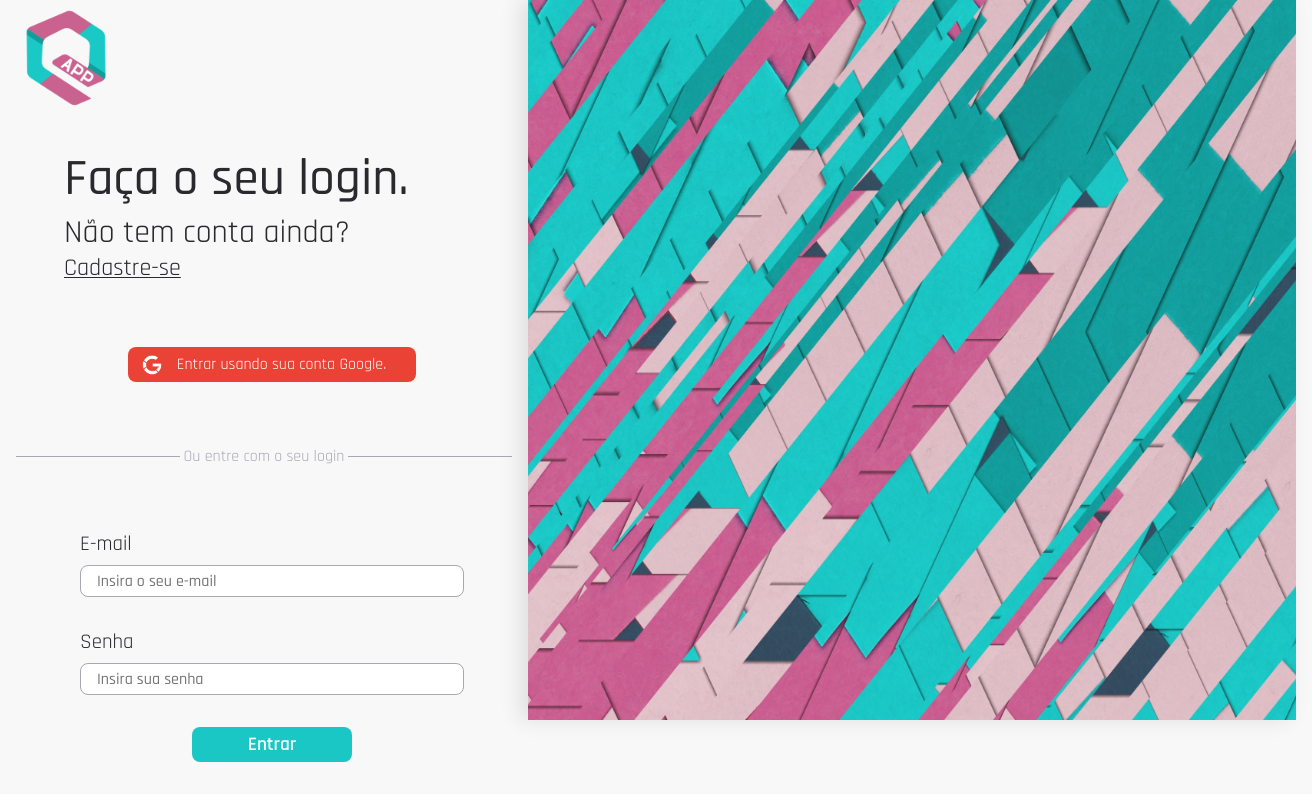
Repository: kika-cavalher/qapp-web
Page: /
These files come from the project's save history. The page is drawn as it stood at one moment and after the next save; the edit follows.
The browser window is 1280 px wide. The page is 1312 px wide, then 1280 px, so the pictures cover 1312 px, including what lies to the right of the window. The pictures show the whole page.
The page's requests for data from a server got no answer. The project was rebuilt for these pictures with package versions that can differ from the ones it lists, and the page was loaded fresh each time. No one was signed in, and anything a server would have sent is missing.

Above is the page before, as saved 2022-02-23 20:47:51.

### public/index.html
<!DOCTYPE html>
<html lang="en">
  <head>
    <meta charset="utf-8" />
    <meta name="viewport" content="width=device-width, initial-scale=1" />

    <link rel="preconnect" href="https://fonts.googleapis.com">
    <link rel="preconnect" href="https://fonts.gstatic.com" crossorigin>
    <link href="https://fonts.googleapis.com/css2?family=Rajdhani:wght@300;400;500;600;700&display=swap" rel="stylesheet">

    <title>QApp</title>
  </head>
  <body>
    <noscript>You need to enable JavaScript to run this app.</noscript>
    <div id="root"></div>
  </body>
</html>

### src/index.tsx
import React from 'react';
import ReactDOM from 'react-dom';
import App from './App';

import './styles/global/defaultStyles.scss';
import './services/firebase'


ReactDOM.render(
  <React.StrictMode>
    <App />
  </React.StrictMode>,
  document.getElementById('root')
);

### src/App.tsx
import { LoginPage } from "./pages/Login";

function App() {
  return (
   <LoginPage />
  );
}

export default App;

### src/styles/global/defaultStyles.scss
* {
    margin: 0;
    padding: 0;
    box-sizing: border-box;
  }

  body {
    background: #f8f8f8;
    color: #29292e;
  }

  body, input, button, textarea {
    font: 400 16px 'Rajdhani', sans-serif;
  }

### src/services/firebase.ts
import { initializeApp } from "firebase/app";
import { getAuth } from "firebase/auth";
import { getFirestore } from 'firebase/firestore/lite';


const firebaseConfig = {
    apiKey: process.env.REACT_APP_API_KEY,
    authDomain: process.env.REACT_APP_AUTH_DOMAIN,
    databaseURL: process.env.REACT_APP_DATABASE_URL,
    projectId: process.env.REACT_APP_PROJECT_ID,
    storageBucket: process.env.REACT_APP_STORAGE_BUCKET,
    messagingSenderId: process.env.REACT_APP_MESSAGING_SENDER_ID,
    appId: process.env.REACT_APP_APP_ID
  };

const app = initializeApp(firebaseConfig);

export const auth = getAuth();
export const db = getFirestore(app);

### src/pages/Login.tsx
// import { Link } from 'react-router-dom'

import imgLogin from '../assets/images/imgLogin.jpg';
import logoQapp from '../assets/images/logoQapp.png';
import googleIconImg from '../assets/icon/googleIconImg.png';

import '../styles/pages/login.scss'

export function LoginPage() {
    return (
        <div id="page-login">
            <main>
                <div className='page-login--main__container'>
                    <div className='page-login--main__logo'>
                        <img id="img-logo" src={logoQapp} alt="Logo da empresa QApp" />
                    </div>
                    <div className='page-login--main__title'>
                        <h1>Faça o seu login.</h1>
                        <h2>Não tem conta ainda? </h2>
                        <p className='page-login--main__link-register'>
                        Cadastre-se
                        </p>
                        {/* <Link to="/">Cadastre-se</Link> */}
                    </div>
                    <div className='page-login--main__google'>
                        <button className='btn__google'>
                            <img id="img-icon__google" src={googleIconImg} alt="Logo da empresa QApp" />
                            <p>Entrar usando sua conta Google.</p>
                        </button>
                    </div>
                    <div className='page-login--main__divider'>
                        <div>Ou entre com o seu login</div>
                    </div>
                    <div className='page-login--main__login-forms'>
                        <form>
                            <div className='page-login--login-forms__name'>
                                <p>E-mail</p>
                                <input type="text" placeholder="Insira o seu e-mail"/>
                            </div>
                            <div className='page-login--login-forms__password'>
                                <p>Senha</p>
                                <input type="text" placeholder="Insira sua senha"/>
                            </div>
                            <div className='btn__send'>
                                <button type="submit">Entrar</button>
                            </div>
                        </form>
                    </div>
                </div>

                <div className='page-login--main__img'>
                    <img src={imgLogin} alt="Imagem decorativa na pagina" />
                </div>
            </main>
        </div>
    )
}

### src/styles/pages/login.scss
#page-login {
    display: flex;
    height: 100vh;
    background: #f8f8f8;
}

main{
    display: flex;
    flex-direction: row;
    padding: 0 1rem;
}

.page-login--main__container {
    width: 40vw;
    display: flex;
    flex-direction: column;
}

.page-login--main__logo {

    #img-logo {
    width: 100px;
    margin-top: 0.5rem;
    }
}

.page-login--main__title {
    display: flex;
    flex-direction: column;
    margin: 2rem 3rem;

    h1 {
        font-size: 3.2rem;
        font-weight: 500;
    }

    h2 {
        font-size: 2rem;
        font-weight: 400;
    }

    .page-login--main__link-register {
        font-size: 1.5rem;
        font-weight: 400;
        text-decoration: underline 1px;
        text-underline-position: from-font;
        }
}

.page-login--main__google {
    display: flex;
    margin: 2rem 0;
    align-self: center;
    width: 18rem;

    .btn__google {
        display: flex;
        flex-direction: row;
        width: 100%;
        height: 35px;
        align-items: center;
        background: #ea4335;
        color: #FFF;
        border-radius: 8px;
        cursor: pointer;
        border: 0;
        transition: filter 0.2s;

        #img-icon__google {
            width: 20px;
            margin: 0 5%;
        }
    }
}

.page-login--main__divider {
    font-size: 1rem;
    color: #a8a8b3;

    margin: 2rem 1rem 2rem 0;
    display: flex;
    align-items: center;

    &::before {
      content: '';
      flex: 1;
      height: 1px;
      background: #a8a8b3;
      margin-right: 0.2rem;
    }

    &::after {
      content: '';
      flex: 1;
      height: 1px;
      background: #a8a8b3;
      margin-left: 0.2rem;
    }
}

.page-login--main__login-forms {
    width: 100%;
    display: flex;
    justify-content: center;

    form {
        display: flex;
        flex-direction: column;
        align-items: center;
        margin: 2rem 0;
        width: 75%;
        max-width: 25rem;
    }
}

.page-login--login-forms__name{
    width: 100%;

    p {
        font-size: 1.3rem
    }

    input {
        width: 100%;
        height: 2rem;
        border-radius: 8px;
        padding: 0 16px;
        background: #FFF;
        border: 1px solid #a8a8b3;
        margin: 0.5rem 0;
        color: #515158;
        font-weight: 500;
        outline: none;

        &:hover {
            border: 2px solid #11a09e;
        }

        &:focus-visible {
            border: 2px solid #11a09e;
        }
    }
}

.page-login--login-forms__password{
    margin: 1.5rem 0;
    width: 100%;

    p {
        font-size: 1.3rem
    }

    input {
        width: 100%;
        height: 2rem;
        border-radius: 8px;
        padding: 0 16px;
        background: #FFF;
        border: 1px solid #a8a8b3;
        margin: 0.5rem 0;
        color: #515158;
        font-weight: 500;
        outline: none;

        &:hover {
            border: 2px solid #11a09e;
        }

        &:focus-visible {
            border: 2px solid #11a09e;
        }
    }
}

.btn__send {

    button {
    display: flex;
    flex-direction: row;
    width: 10rem;
    height: 35px;
    align-items: center;
    background: #1ac7c5;
    color: #FFF;
    border-radius: 8px;
    cursor: pointer;
    border: 0;
    font-weight: 600;
    font-size: 1.2rem;
    justify-content: center;
    }
}


.page-login--main__img {

    img {
    height: 100vh;
    width: 60vw;
    box-shadow: -8px 0px 20px rgba(0, 0, 0, 0.1);
    }
}

After the next save:
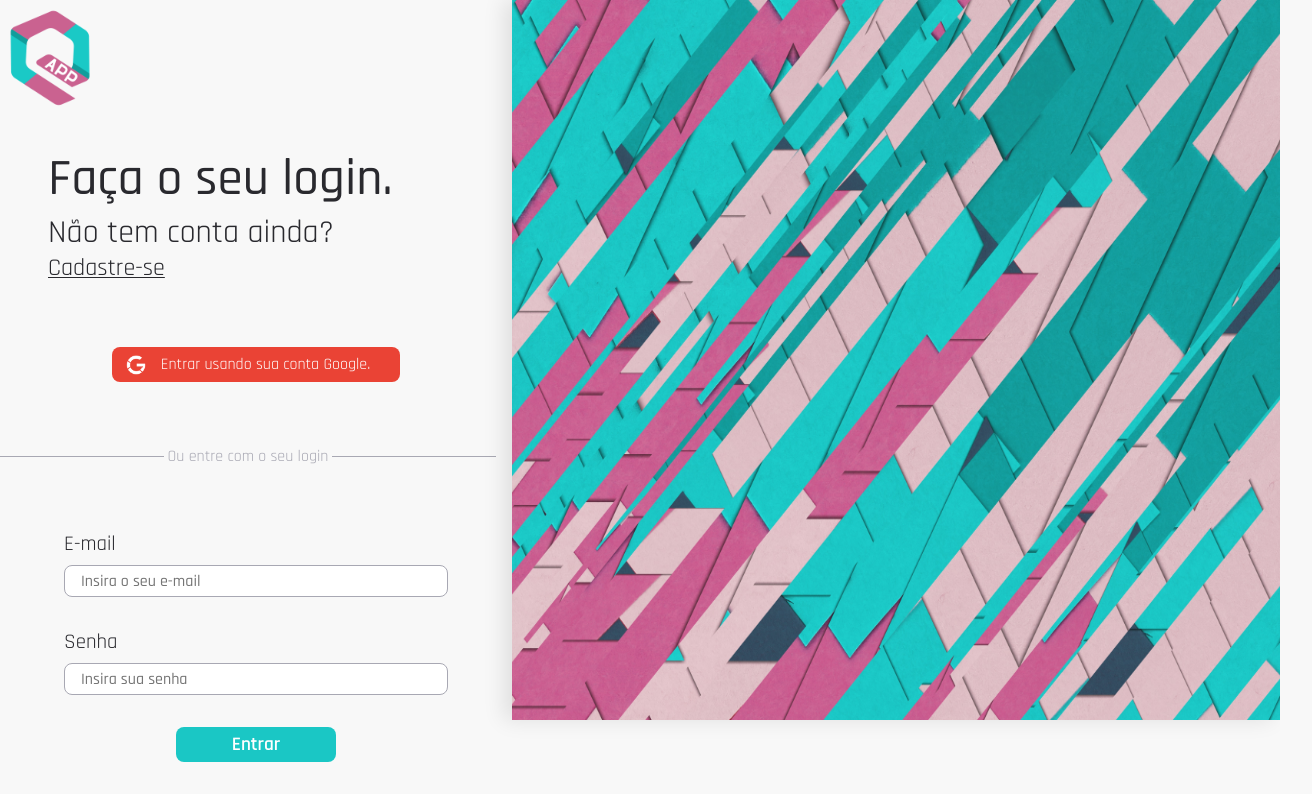
Saved 9 min 25 s later.
--- a/src/styles/pages/login.scss
+++ b/src/styles/pages/login.scss
@@ -7,7 +7,6 @@
 main{
     display: flex;
     flex-direction: row;
-    padding: 0 1rem;
 }
 
 .page-login--main__container {
